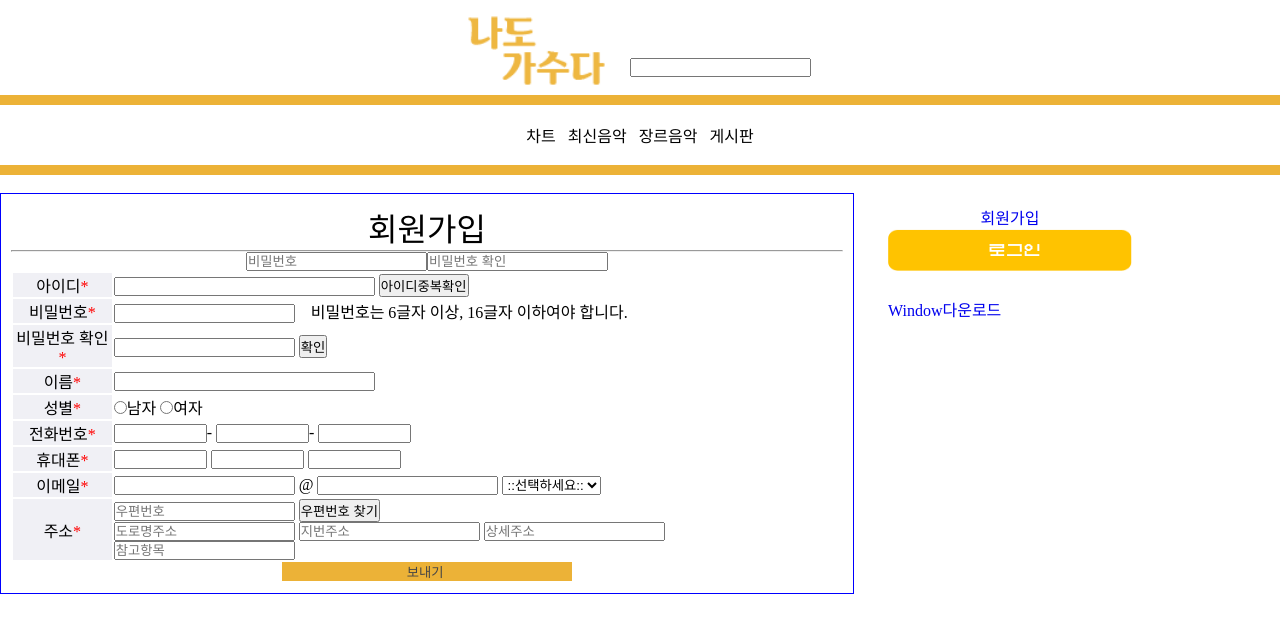
Repository: Ea-Bell/GraduationPortfolio
Page: http://localhost/WebTest/webTest/View/login/signUp.jsp
The author's editor kept a copy of each file at every save. The page is drawn from the files as they stood at one save, then again after the next save.
The browser window is 1280 px wide. The pictures show the whole page.
The page is served by Tomcat 9. Nobody is signed in. The application's start-up code is not run. Other server files are loaded and not shown.

Above is the page before, as saved 2020-09-23 13:44:43.

### WEB_Server/WebTest/WebContent/webTest/View/login/signUp.jsp
<%@ page language="java" contentType="text/html; charset=UTF-8"
	pageEncoding="UTF-8"%>
<%@ taglib uri="http://java.sun.com/jsp/jstl/core" prefix="c"%>
<!DOCTYPE html>
<html>
<head>

<meta charset="UTF-8">
<title>회원가입</title>
<link rel="stylesheet" type="text/css" href="/webTest/Model/login/info.css" />
<link rel="stylesheet" type="text/css"
	href="/webTest/Model/mainForm/mainForm.css" />
<script type="text/javascript" src="/webTest/Model/mainForm/mainForm.js"></script>

</head>
<script src="http://code.jquery.com/jquery-latest.js"></script>
<%-- 기본 기능 스크립트--%>
<script type="text/javascript" src="/webTest/Model/login/info.js"></script>

<%-- 다음 주소 스크립트--%>
<script
	src="https://t1.daumcdn.net/mapjsapi/bundle/postcode/prod/postcode.v2.js"></script>



<body>

<header>
	<div align="center">

		<form action="mainForm.jsp" method="post">
			<!-- 헤더 -->

				<a href="/index" style="background: white;">
					 <img src="/webTest/img/logo.png"
					 style="position: relative; top: 15px; left: 0px; width: 140px; width:140px"></a>
					  <input type="text" onclick=""
					style="position: relative; left: 20px;">
				&nbsp;&nbsp;&nbsp;&nbsp;&nbsp; <br>
				<br>

				<hr id="head_line" size="10px" color="#ECB237">

				<br> <a href="" onmouseover="TextMover()"
					onmouseout="TextMount()" id="nav" style="color: black;">차트</a>
				&nbsp; <a href="/webTest/View/fileUpLoad/fileList.jsp" onmouseover="TextMover2()"
					onmouseout="TextMount2()" id="nav2" style="color: black;">최신음악</a>
				&nbsp; <a href="" onmouseover="TextMover3()"
					onmouseout="TextMount3()" id="nav3" style="color: black;">장르음악</a>
						&nbsp; <a href="/webTest/article/list.jsp"  id="nav3" style="color: black;">게시판</a>
				<br>
				<br>
		</form>
	</div>
</header>
		<hr id="head_line" size="10px" color="#ECB237">
		<br>
	<!-- 콘텐츠 -->

	<div id="content"  style="border:1px solid blue; padding:10px; width: 65%;  float: left;" >


<form action="" name="join" method="post">
		<div align="center">
			<span> <font size="6px">회원가입</font>
			</span>
			<hr>
		</div>
		<div align="center">
			<table>
				<tr>
					<td align="center" id="iColor">아이디<span id="iSpan">*</span></td>
					<td><input type="text" size="30" name="id" value="${param.id}">
						<input type="submit" value="아이디중복확인" name="btn1" onclick="Btn(1)">
					</td>
				</tr>

				<input type="password" id="userPw" placeholder="비밀번호"/>
				<input type="password" id="userPwChk" placeholder="비밀번호 확인"/>
				<font id="chkNotice" size="2"></font>

				<tr>
					<td align="center" id="iColor">비밀번호<span id="iSpan">*</span></td>
					<td><input type="password" name="wUserPW" id="pw" onchange="pwErrorCheck()" />&nbsp; &nbsp;
					<span>비밀번호는 6글자 이상, 16글자 이하여야 합니다.</span>
					</td>
				</tr>
				<tr>
					<td align="center" id="iColor">비밀번호 확인<span id="iSpan">*</span></td>
					<td><input type="password" name="wUserPWConfirm" id="pwCheck" />
					<input type="submit" value="확인" name="isSameBtn" onclick="isSame()">
					</td>
				</tr>

				<tr>
					<td align="center" id="iColor">이름<span id="iSpan">*</span></td>
					<td><input type="text" size="30" name="name"
						value="${param.name}"> <c:if test="${errors.name} }"></c:if>
					</td>
				</tr>

							<!-- 성별에서 디비 오류남 -->
				<tr>
					<td align="center" id="iColor">성별<span id="iSpan">*</span></td>
					<td><input type="radio" name="gender" value="남">남자 <input
						type="radio" name="gender" value="여">여자 <c:if
							test="${errors.gender}">성별을 클릭하시오.</c:if></td>
				</tr>
				<tr>
					<td align="center" id="iColor">전화번호<span id="iSpan">*</span></td>
					<td><input type="text" size="9" name="tel1">- <input
						type="text" size="9" name="tel2">- <input type="text"
						size="9" name="tel3"> <c:if test="${errors.tel }">전화번호를 입력하시오</c:if>
					</td>
				</tr>
				<tr>
					<td align="center" id="iColor">휴대폰<span id="iSpan">*</span></td>
					<td><input type="text" size="9" name="phone1"> <input
						type="text" size="9" name="phone2"> <input type="text"
						size="9" name="phone3"> <c:if test="${errors.phone}">번호를 입력하시오</c:if>
					</td>
				</tr>
				<tr>
					<td align="center" id="iColor">이메일<span id="iSpan">*</span></td>


			<td>

<!-- 	버전1		<input type="text" name ="email1">
			@
			<input type="text" name ="email2"> -->

				<input type="text" name="email1" value="" />
   			    @
			    <input type="text" name="email2" value="" ReadOnly="true"/>
			    <select name="emailCheck"
			    onchange="SetEmailTail(emailCheck.options[this.selectedIndex].value)">
    			    <option value="notSelected" >::선택하세요::</option>
    			    <option value="etc">직접입력</option>
    			    <option value="naver.com">naver.com</option>
    			    <option value="hanmail.net">hanmail.net</option>
				    <option value="gmail.com">gmail.com</option>
   				</select>

			</td>
				<%-- 테스트 해야한다
<!-- 이메일  오류 있으니 이메일 체인지 찾아서 수정해서 완료할것(완료시 주석 삭제 요청함) -->
					<td>
						<input type="text" name="email1" onfocus="this.value='';"> @
						<input type="text" name="email2" value="" disabled>
						 <select name="email1" onchange="email_change()">
							<!--     <option value="0" >선택하세요</option> -->
							<option id="email2" value="9">직접입력</option>

							<option value="naver.com">naver.com</option>

							<option value="nate.com">nate.com</option>
					</select> <!-- 이메일끝 요기서 이메일 텍스트 부분을 3가지로 나눠서 생각하시오 --> <c:if
							test="errors.email">이메일을 입력하시오</c:if>
					</td>
					 --%>
				</tr>
				<tr>
					<td align="center" id="iColor">주소<span id="iSpan">*</span></td>

					<td><input type="text" id="sample4_postcode" name="addr1"
						placeholder="우편번호"> <input type="button"
						onclick="sample4_execDaumPostcode()" value="우편번호 찾기"><br>

						<input type="text" id="sample4_roadAddress" name="addr2"
						placeholder="도로명주소"> <input type="text"
						id="sample4_jibunAddress" name="addr3" placeholder="지번주소">

						<span id="guide" style="color: #999; display: none"></span> <input
						type="text" id="sample4_detailAddress" name="addr4"
						placeholder="상세주소"> <input type="text"
						id="sample4_extraAddress" name="addr5" placeholder="참고항목">
						<c:if test="errors.addr">주소를 입력하시오</c:if></td>
				</tr>
				<tr >
					<td colspan="2" align="center" ><input  style="width: 35%; background: #ECB237; border: 0; outline: 0; color: #464646;" type="submit" value="보내기 " name="btn2"
						onclick="Btn(2)" ></td>
				</tr>
			</table>
		</div>
	</form>
	</div>



	<div style="padding:10px; width: 30%; float: right;">
		<aside id="main_aside">

			<table border="0">
				<tr>
					<td><c:if test="${empty authUser }">
							<div align="center"><a href=""></a> <a href="/webTest/login/signUp.jsp">회원가입</a></div>
							<a href="/webTest/login/login.jsp" ><img alt="" src="/webTest/img/login/login.png" style="height: 42px; width: 244px;"></a>
							<br>

						</c:if> <c:if test="${!empty authUser}">
				${authUser.nickname}님, 안녕하세요.<br />
							<a href="/LogoutHandler">[로그아웃하기]</a>
							<a href="changePwdForm.jsp">[암호변경하기]</a>
									&nbsp;&nbsp;&nbsp;&nbsp;&nbsp;&nbsp;&nbsp;&nbsp;&nbsp;&nbsp;<a href="/webTest/list/newMusicForm.jsp">[마이페이지]</a>
						</c:if></td>
				</tr>
			</table>

			<br>
			<table border="0">
				<tr>

					<td>
				<a href="/webTest/나는가수다.msi" download=>Window다운로드</a>
					</td>

				</tr>
			</table>

		</aside>
		</div>



	<!-- 바텀 -->
	<div align="center">



	</div>

</body>
</html>

### WEB_Server/WebTest/WebContent/webTest/Model/login/info.css
@charset "UTF-8";

#iColor
{
	background-color: #f0f0f5;
}
#iSpan
{
	color: red;
	align-content: center;
}

### WEB_Server/WebTest/WebContent/webTest/Model/mainForm/mainForm.css
@charset "UTF-8";
body{
	position: relative;
}

*{ margin:0; padding :0;}

img{border: 0; width:16px ; height: 16 px;}


#content{
	/* 중앙 정렬*/
	width: 960px;

	/* 수평 레이아웃 구성 */
	overflow: hidden;
}
#content > #main_section
{
	width: 650px;
	float: left;			/* 왼쪽에 붙입니다*/
}

#content > #main_aside{
	height:30%;
	width : 25%;
	float: right;           /*오른쪽에 붙입니다.*/
	margin-bottom: 20px;
	padding: 10px;

	color: #ff8000;


}



#content > #main_bside{

	width : 30%;
	height:0%;
	float: left;           /*왼쪽에 붙입니다.*/
	margin-bottom: 20px;
	padding: 10px;


}
#content > #main_cside{
	width :70%;
	height: 0%;
	float: none;           /*가운데에 붙입니다.*/
	margin-bottom: 20px;
	padding: 10px;
	border: 1px solid #e4e4e4;
	color: #ff8000;
	background-color:ff8000;
}

#textcolor{
	border: 1px solid #e4e4e4;
	color: #ff8000;
	background-color:ff8000;
}

#hr
{

}
#nav
{
	 font-family: ""
}
#winFont{
	font-family: "돋음";
	color: #1A1A1A;
}
a {
  text-decoration: none;
}

### WEB_Server/WebTest/WebContent/webTest/Model/mainForm/mainForm.js
/**
 *
 */

//문자나 이미지가 밖으로 나갔을경우
function TextMover() {
	var dama = document.getElementById('nav');
	dama.style.color="Red";
}
function ImgMover() {

}
function TextMover2() {
	var dama = document.getElementById('nav2');
	dama.style.color="Red";
}
function TextMover3() {
	var dama = document.getElementById('nav3');
	dama.style.color="Red";
}
//문자나 이미지가 밖으로 갔을경우
function TextMount() {
	var dama = document.getElementById('nav');
	dama.style.color="Black";
}
function TextMount2() {
	var dama = document.getElementById('nav2');
	dama.style.color="Black";
}
function TextMount3() {
	var dama = document.getElementById('nav3');
	dama.style.color="Black";
}
function ImgMount() {

}

### WEB_Server/WebTest/WebContent/webTest/Model/login/info.js
/**
 *
 */




function email_change(){

/*
if(document.join.email.options[document.join.email.selectedIndex].value == '0'){

 document.join.email2.disabled = true;

 document.join.email2.value = " ";
 dovument.join.email2.text = "";
}
*/



}
	function pwErrorCheck(){
	    var pw = document.join.wUserPW.value;
	    //var confirmPW = document.join.wUserPWConfirm.value;
	    if (pw.length < 6 || pw.length > 16) {
	        window.alert('비밀번호는 6글자 이상, 16글자 이하만 이용 가능합니다.');
	        document.join.pw.value =""
	        document.join.pwCheck.value="";
	        document.join.pw.focus();
	    }
	}


	function isSame(){
		var pw = document.join.pw.value;
	    var confirmPW = document.join.confirmPW.value;
		if(pw !="" && confirmPW!="") {
	        if(pw == confirmPW) {
	        	  document.getElementById('check').innerHTML='비밀번호가 일치합니다.'
	              document.getElementById('check').style.color='blue';
	        }
	        else {
	        	document.getElementById('check').innerHTML='비밀번호가 일치하지 않습니다.';
	            document.getElementById('check').style.color='red';
	        }
	    }
	}




function SetEmailTail(emailValue) {
	  if ( emailValue == "notSelected" ){
		  document.join.email2.readOnly = true;
		  document.join.email2.value = "";
	  }
	  else if ( emailValue == "etc" ) {
		  document.join.email2.readOnly = false;
		  document.join.email2.value = "";
	  } else {
		  document.join.email2.readOnly = true;
		  document.join.email2.value = emailValue;
	  }
}


function Btn(index){

	if(index ==1){
		document.join.method="post"
		document.join.action="../../test/test1.jsp";

	}
	else if(index==2)
		{
		document.join.method="post"
			document.join.action="/WebTest/Servlet";
		}
	else if(index ==3)
		{document.join.method="post"
		document.join.action="../../test/test3.jsp";
		}
	document.join.submit();
}



//본 예제에서는 도로명 주소 표기 방식에 대한 법령에 따라, 내려오는 데이터를 조합하여 올바른 주소를 구성하는 방법을 설명합니다.
function sample4_execDaumPostcode() {
    new daum.Postcode({
        oncomplete: function(data) {
            // 팝업에서 검색결과 항목을 클릭했을때 실행할 코드를 작성하는 부분.

            // 도로명 주소의 노출 규칙에 따라 주소를 표시한다.
            // 내려오는 변수가 값이 없는 경우엔 공백('')값을 가지므로, 이를 참고하여 분기 한다.
            var roadAddr = data.roadAddress; // 도로명 주소 변수
            var extraRoadAddr = ''; // 참고 항목 변수

            // 법정동명이 있을 경우 추가한다. (법정리는 제외)
            // 법정동의 경우 마지막 문자가 "동/로/가"로 끝난다.
            if(data.bname !== '' && /[동|로|가]$/g.test(data.bname)){
                extraRoadAddr += data.bname;
            }
            // 건물명이 있고, 공동주택일 경우 추가한다.
            if(data.buildingName !== '' && data.apartment === 'Y'){
               extraRoadAddr += (extraRoadAddr !== '' ? ', ' + data.buildingName : data.buildingName);
            }
            // 표시할 참고항목이 있을 경우, 괄호까지 추가한 최종 문자열을 만든다.
            if(extraRoadAddr !== ''){
                extraRoadAddr = ' (' + extraRoadAddr + ')';
            }

            // 우편번호와 주소 정보를 해당 필드에 넣는다.
            document.getElementById('sample4_postcode').value = data.zonecode;
            document.getElementById("sample4_roadAddress").value = roadAddr;
            document.getElementById("sample4_jibunAddress").value = data.jibunAddress;

            // 참고항목 문자열이 있을 경우 해당 필드에 넣는다.
            if(roadAddr !== ''){
                document.getElementById("sample4_extraAddress").value = extraRoadAddr;
            } else {
                document.getElementById("sample4_extraAddress").value = '';
            }

            var guideTextBox = document.getElementById("guide");
            // 사용자가 '선택 안함'을 클릭한 경우, 예상 주소라는 표시를 해준다.
            if(data.autoRoadAddress) {
                var expRoadAddr = data.autoRoadAddress + extraRoadAddr;
                guideTextBox.innerHTML = '(예상 도로명 주소 : ' + expRoadAddr + ')';
                guideTextBox.style.display = 'block';

            } else if(data.autoJibunAddress) {
                var expJibunAddr = data.autoJibunAddress;
                guideTextBox.innerHTML = '(예상 지번 주소 : ' + expJibunAddr + ')';
                guideTextBox.style.display = 'block';
            } else {
                guideTextBox.innerHTML = '';
                guideTextBox.style.display = 'none';
            }
        }
    }).open();
}

After the next save:
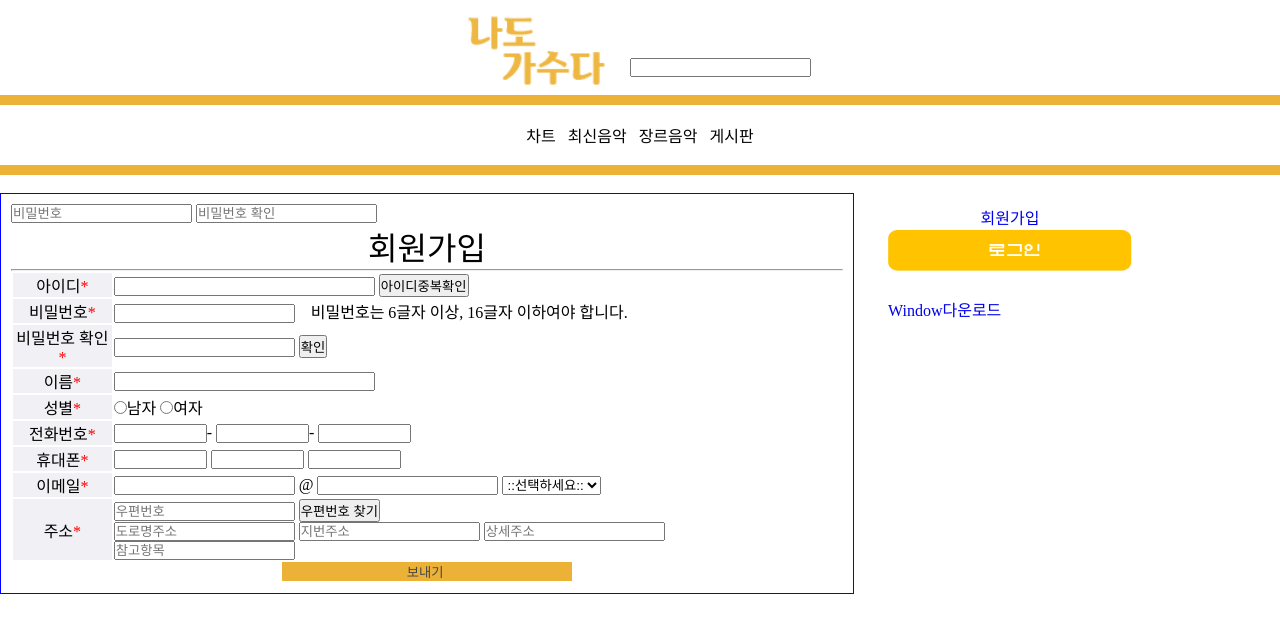
Saved 38 s later.
--- a/WEB_Server/WebTest/WebContent/webTest/View/login/signUp.jsp
+++ b/WEB_Server/WebTest/WebContent/webTest/View/login/signUp.jsp
@@ -60,6 +60,12 @@
 	<div id="content"  style="border:1px solid blue; padding:10px; width: 65%;  float: left;" >
 
 
+				<input type="password" id="userPw" placeholder="비밀번호"/>
+				<input type="password" id="userPwChk" placeholder="비밀번호 확인"/>
+				<font id="chkNotice" size="2"></font>
+
+
+
 <form action="" name="join" method="post">
 		<div align="center">
 			<span> <font size="6px">회원가입</font>
@@ -75,9 +81,6 @@
 					</td>
 				</tr>
 
-				<input type="password" id="userPw" placeholder="비밀번호"/>
-				<input type="password" id="userPwChk" placeholder="비밀번호 확인"/>
-				<font id="chkNotice" size="2"></font>
 
 				<tr>
 					<td align="center" id="iColor">비밀번호<span id="iSpan">*</span></td>
